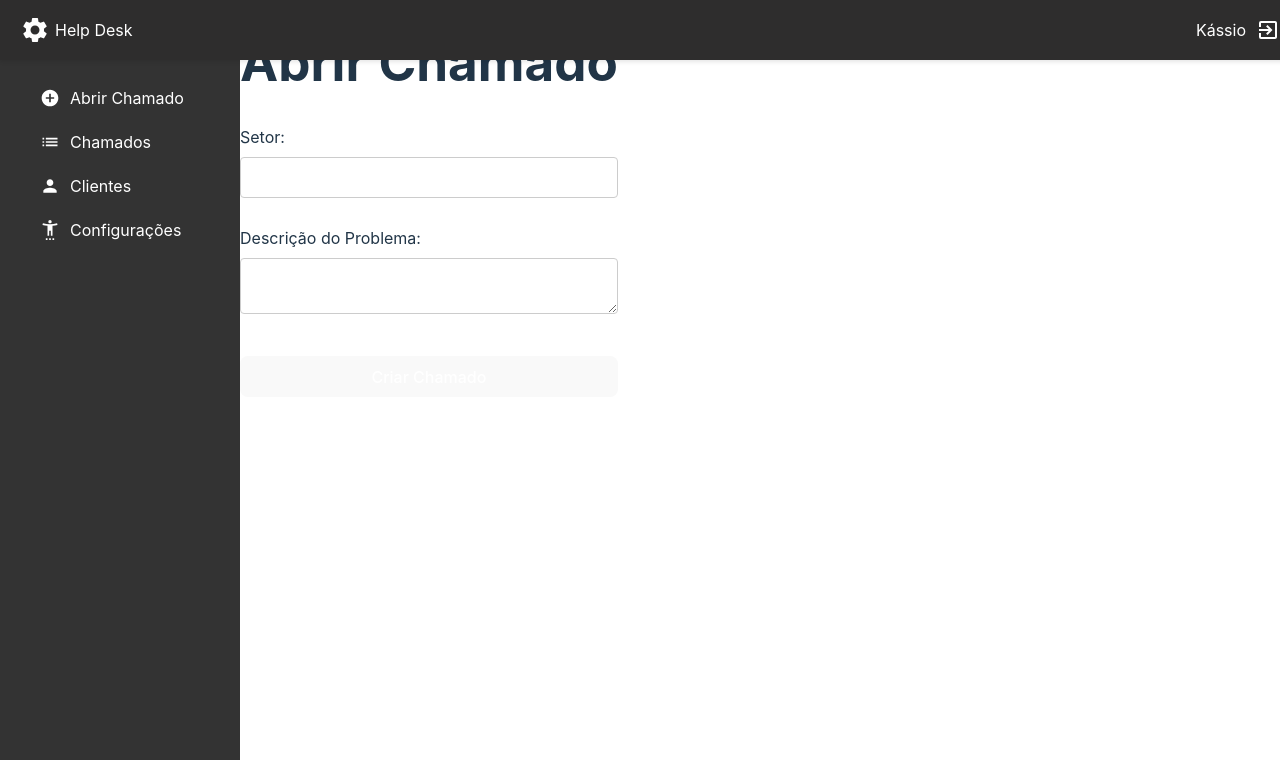
Repository: zkassimz/helpdesk
Page: /, after clicking the first element matching `li`
These files come from the project's save history. The page is drawn as it stood at one moment and after a run of saves; the edit follows.
The browser window is 1280 px wide. The pictures show the whole page.
The project was rebuilt for these pictures with package versions that can differ from the ones it lists, and the page was loaded fresh each time. Also part of the build but not shown: vite.config.js, src/components/css/Chamados.css, src/components/Chamados.jsx, src/components/Clientes.jsx, src/components/Configuracoes.jsx.

Above is the page before, as saved 2024-05-06 17:05:11.

### index.html
<!doctype html>
<html lang="en">

  <body>
    <div id="root"></div>
    <script type="module" src="/src/main.jsx"></script>
  </body>
</html>

### src/App.jsx
// src/App.js
import React, { useState } from 'react';
import AppBar from './components/AppBar'; // Importando o componente AppBar
import Sidebar from './components/Sidebar';
import Chamados from './components/Chamados';
import Clientes from './components/Clientes';
import Configuracoes from './components/Configuracoes';
import CreateTicketPage from './components/AbrirChamadoForm';
import './App.css';

function App() {
  const [currentPage, setCurrentPage] = useState('Dashboard');

  const renderPage = () => {
    switch (currentPage) {

      case 'OpenCall':
        return <CreateTicketPage />;
      case 'Chamados':
        return <Chamados />;
      case 'Clientes':
        return <Clientes />;
      case 'Configuracoes':
        return <Configuracoes />;
      default:
        return <div>Página não encontrada</div>;
    }
  };

  return (
    <div className="app">
      <AppBar />
      <div className="content">
        <Sidebar setCurrentPage={setCurrentPage} />
        <div className="main-content">
          {renderPage()}
        </div>
      </div>
    </div>
  );
}

export default App;

### src/components/AppBar.jsx

import React from 'react';
import { MdExitToApp, MdSettings } from 'react-icons/md';
import './css/AppBar.css';

const AppBar = () => {


  return (
    <div className="appbar">
      <div className="appbar-left">
        <div className="appbar-item" onClick={() => console.log("Consultar/Atender")}>
          <MdSettings size={30} />
          <span>Help Desk</span>
        </div>
      </div>
      <div className="appbar-right">
        <span>Kássio </span>
        <div className="logout-button" onClick={() => console.log("Logout")}>
          <MdExitToApp size={24} />
        </div>
      </div>
    </div>
  );
};

export default AppBar;

### src/components/Sidebar.jsx
import React from 'react';
import './css/SideBar.css';
import {  MdAddCircle, MdList, MdPerson, MdSettingsAccessibility } from 'react-icons/md';
const Sidebar = ({ setCurrentPage }) => {
  const handleClick = (page) => {
    setCurrentPage(page);
  };

  return (
    <div className="sidebar">
      <div className="sidebar-header">

      </div>
      <ul className="menu">
        <li onClick={() => handleClick('OpenCall')}>
        <MdAddCircle size={20}></MdAddCircle>
          <span>Abrir Chamado</span>
        </li>
        <li onClick={() => handleClick('Chamados')}>
        <MdList size={20}></MdList>
        Chamados</li>
        <li onClick={() => handleClick('Clientes')}>

        <MdPerson size={20}></MdPerson>
          Clientes</li>
        <li onClick={() => handleClick('Configurações')}>

        <MdSettingsAccessibility size={20}></MdSettingsAccessibility>

          Configurações</li>
      </ul>
    </div>
  );
};

export default Sidebar;

### src/components/AbrirChamadoForm.jsx
import React, { useState } from 'react';
import './css/CreateTicketPage.css';

const CreateTicketPage = () => {
  const [formData, setFormData] = useState({
    setor: '',
    descricaoProblema: ''
  });

  const handleChange = (e) => {
    const { name, value } = e.target;
    setFormData({
      ...formData,
      [name]: value
    });
  };

  const handleSubmit = (e) => {
    e.preventDefault();
    console.log('Dados do formulário:', formData);
    setFormData({
      setor: '',
      descricaoProblema: ''
    });
  };

  return (

    <div className="create-ticket-page">
      <h1>Abrir Chamado</h1>
      <form onSubmit={handleSubmit} className="ticket-form">
        <div className="form-group">
          <label htmlFor="setor">Setor:</label>
          <input
            type="text"
            id="setor"
            name="setor"
            value={formData.setor}
            onChange={handleChange}
            required
            className="input-field"
          />
        </div>
        <div className="form-group">
          <label htmlFor="descricaoProblema">Descrição do Problema:</label>
          <textarea
            id="descricaoProblema"
            name="descricaoProblema"
            value={formData.descricaoProblema}
            onChange={handleChange}
            required
            className="textarea-field"
          />
        </div>
        <button type="submit" className="submit-button">Criar Chamado</button>
      </form>
    </div>
  );
};

export default CreateTicketPage;

### src/App.css

.app {
  display: grid;
  grid-template-rows: auto 1fr;
  height: 100vh;
}
.sidebar {
  width: 200px;
  background-color: #333;
  color: #fff;
}

.main-content {
  flex: 1;
  overflow-y: auto;
}

.content {
  display: flex;
}

.sidebar-header {
  padding: 20px;
  text-align: center;
}

.menu {
  list-style-type: none;
  padding: 0;
}

.menu li {
  padding: 10px 20px;
  cursor: pointer;
}

.menu li:hover {
  background-color: #555;
}

### src/components/css/AppBar.css


.appbar {
    background-color: #2e2d2d;
    color: #fff;
    display: flex;
    justify-content: space-between;
    align-items: center;
    padding: 0 20px;
    height: 60px;
    width: 100%;
    position: fixed;
    top: 0;
    z-index: 1000;
    box-shadow: 0 2px 4px rgba(0, 0, 0, 0.1);
  }


  .appbar-item{
    margin-right: 10px;
    align-items: center;
    display: flex;
  }

  .appbar-left, .appbar-right {
    display: flex;
    align-items: center;
  }

  .appbar-item, .logout-button {
    cursor: pointer;
    margin-right: 20px;
    text-decoration: none;
    color: inherit;
    transition: all 0.3s ease;
  }

  .appbar-item:hover, .logout-button:hover {
    transform: translateY(-2px);
  }

  .appbar-item span {
    margin-left: 5px;
  }

  .logout-button {
    display: flex;
    align-items: center;
  }

  .logout-button span {
    margin-right: 10px;
  }
  .appbar-right {
    display: flex;
    align-items: center;
  }

  .appbar-right span {
    margin-right: 10px;
  }

  .logout-button {
    display: flex;
    align-items: center;
  }

### src/components/css/SideBar.css
.sidebar {
    width: 100px;
    background-color: #333;
    color: #fff;
    height: 100vh;
    padding: 20px;
  }

  .sidebar.open {
    width: 0;
  }



  .menu li {
    display: flex;
    align-items: center;
    cursor: pointer;
  }

  .menu li > * {
    margin-right: 10px; /* Espaço entre o ícone e o texto */
  }


  @media (max-width: 768px) {
    .sidebar {
      width: 100%;
    }
  }


  @media (min-width: 1024px) {
    .sidebar {
      width: 300px;
    }
  }

### src/components/css/CreateTicketPage.css
.modal {
  display: none;
  position: fixed;
  z-index: 1;
  left: 0;
  top: 0;
  width: 100%;
  height: 100%;
  overflow: auto;
  background-color: rgba(0,0,0,0.4);
}

.create-ticket-page{

}

.modal-content {
  background-color: #fefefe;
  margin: 15% auto;
  padding: 20px;
  border: 1px solid #888;
  width: 80%;
}

.close-button {
  color: #aaa;
  float: right;
  font-size: 28px;
  font-weight: bold;
}

.close-button:hover,
.close-button:focus {
  color: black;
  text-decoration: none;
  cursor: pointer;
}

h2 {
  text-align: center;
}

form {
  width: 100%;
}

.form-group {
  margin-bottom: 20px;
}

label {
  display: block;
}

input[type="text"],
textarea,
select {
  width: 100%;
  padding: 12px 20px;
  margin: 8px 0;
  border: 1px solid #ccc;
  border-radius: 4px;
  box-sizing: border-box;
}

button {
  background-color: #4CAF50;
  color: white;
  padding: 14px 20px;
  margin: 8px 0;
  border: none;
  border-radius: 4px;
  cursor: pointer;
  width: 100%;
}

button:hover {
  background-color: #45a049;
}

.modal.open {
  display: block; /* Mostra o modal quando a classe 'open' é aplicada */
}

Loaded but not shown: src/main.jsx (common file); src/index.css (common file)

After the next 4 saves:
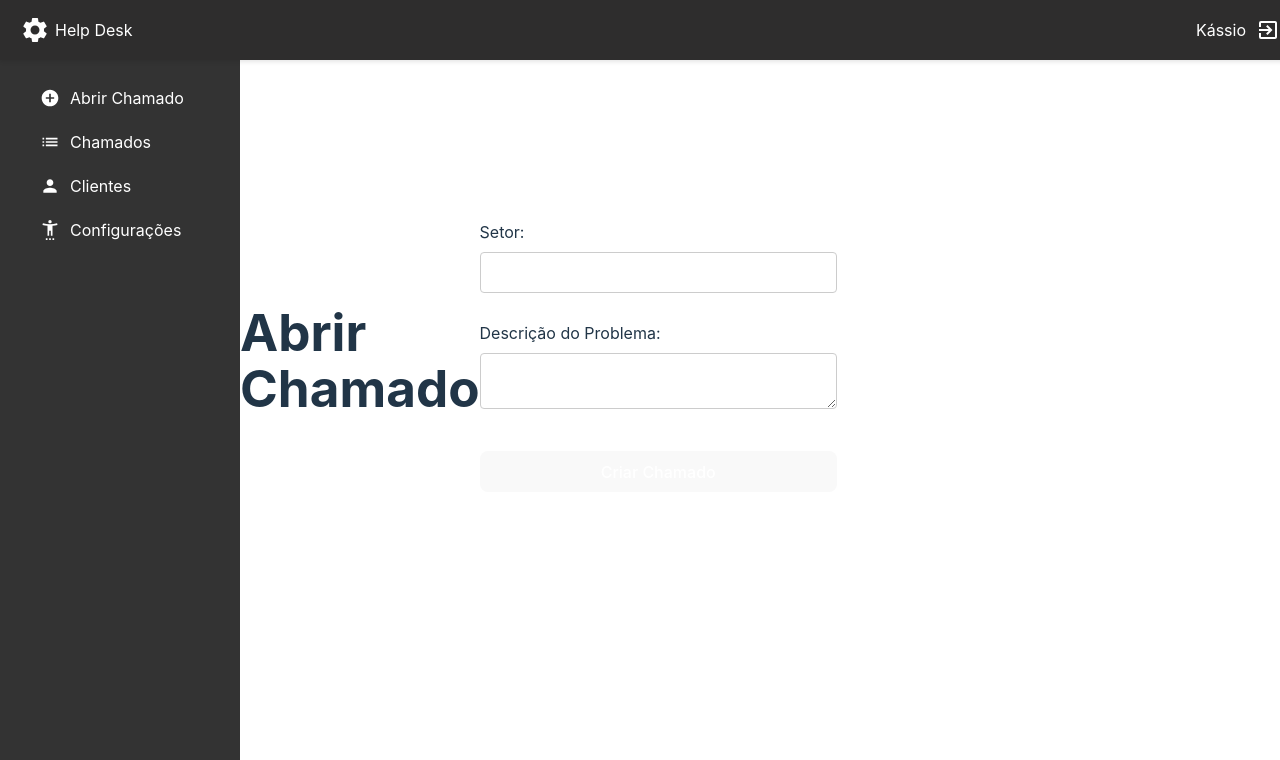
The 4 saves are shown as one change because they came seconds apart.
The last was saved 21 s later.
--- a/src/components/css/CreateTicketPage.css
+++ b/src/components/css/CreateTicketPage.css
@@ -10,8 +10,11 @@
   background-color: rgba(0,0,0,0.4);
 }
 
-.create-ticket-page{
-
+.create-ticket-page {
+  display: flex;
+  justify-content: center;
+  align-items: center;
+  height: 100vh;
 }
 
 .modal-content {
